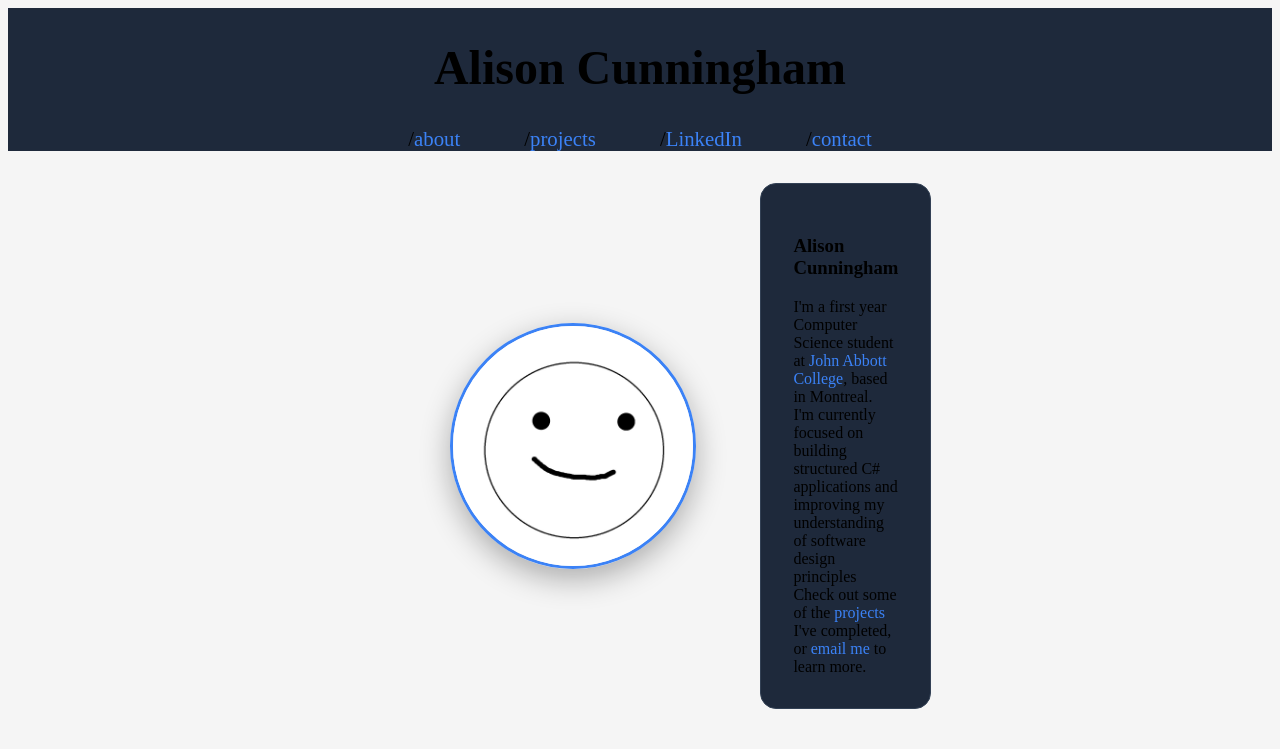
Repository: alison-cunningham/alison-cunningham
Page: index.html
The author's editor kept a copy of each file at every save. The page is drawn from the files as they stood at one save, then again after the next save.
The browser window is 1280 px wide. The pictures show the whole page.
Some web fonts or font styles are not loaded; a fallback is used.

Above is the page before, as saved 2026-04-22 13:56:58.

After the next save:
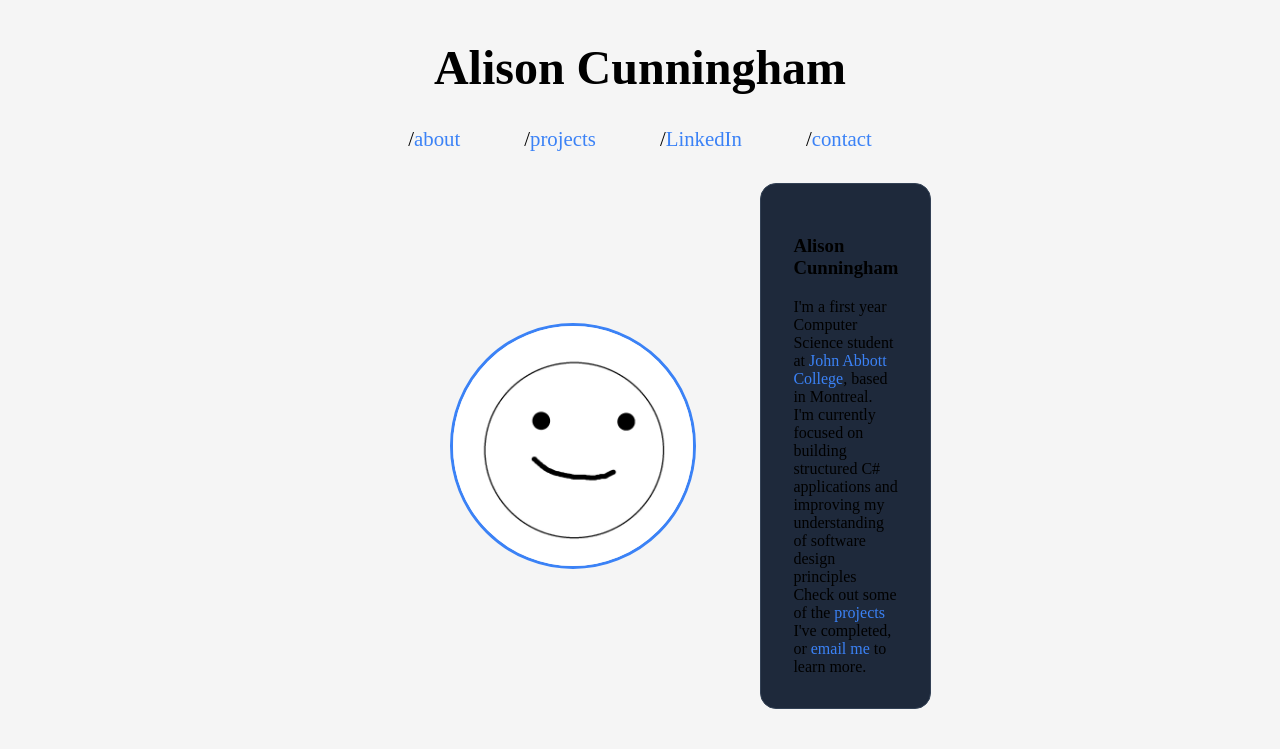
Saved 21 s later.
--- a/styles/index.css
+++ b/styles/index.css
@@ -1,7 +1,7 @@
 header{
     width: 100%;
 
-    background-color: #1e293b;
+    background-color: whitesmoke;
 
     display: flex;
     flex-direction: column;
@@ -34,7 +34,6 @@ header{
     width: 15rem;
     border: 3px solid #3b82f6;
     border-radius: 50%;
-    box-shadow: 0 10px 30px rgba(0,0,0,0.3);
 }
 
 main{
